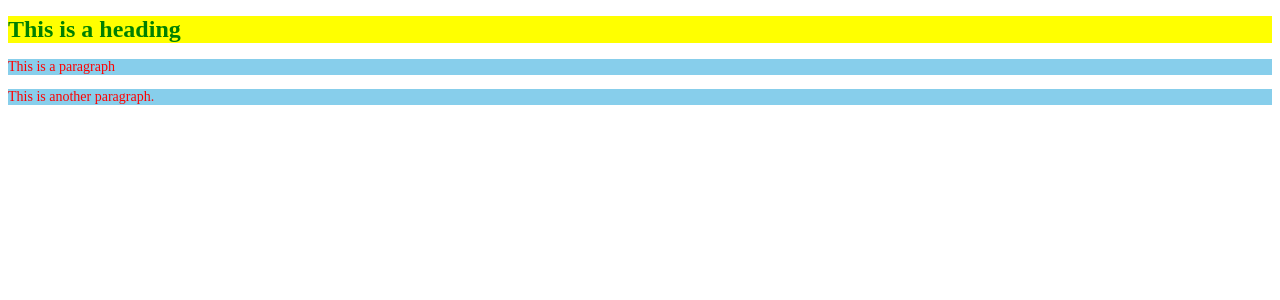
Repository: AishwaryaPandey987/PGLife
Page: home.html
An editor plug-in stored every save of this project. The page is shown before and after the next save, followed by the edit.
The browser window is 1280 px wide. The pictures show the whole page.

Above is the page before, as saved 2022-10-26 18:28:57.

### home.html
<!DOCTYPE html>
<html>
  <head>
    <title>CSS Page</title>
    <link rel="stylesheet" href="css/style.css" />
  </head>
  <body>
    <h1>This is a heading</h1>
    <p>This is a paragraph</p>
    <p>This is another paragraph.</p>
  </body>
</html>

### css/style.css
h1{
  color: green;
  background-color: yellow;
  font-size: 24px;
}

p{

  color: red;
  background-color: skyblue;
  font-size: 14px;
}

After the next save:
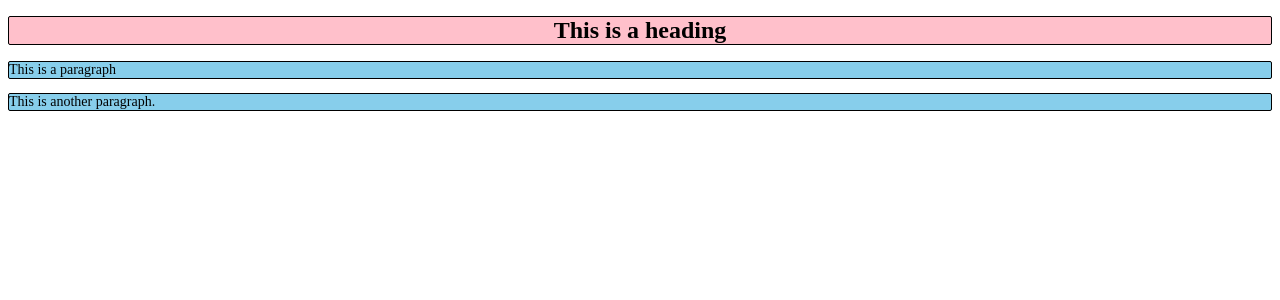
Saved 15 min 15 s later.
--- a/css/style.css
+++ b/css/style.css
@@ -1,12 +1,19 @@
 h1{
-  color: green;
-  background-color: yellow;
+  color: black;
+  text-align: center;
+  border: 1px solid black;
+  border-radius: 2px;
+  background-color: pink;
   font-size: 24px;
+
 }
 
 p{
 
-  color: red;
+  color: black;
   background-color: skyblue;
+  border: 1px solid black;
+border-radius: 2px;
   font-size: 14px;
+  text-align: left;
 }
